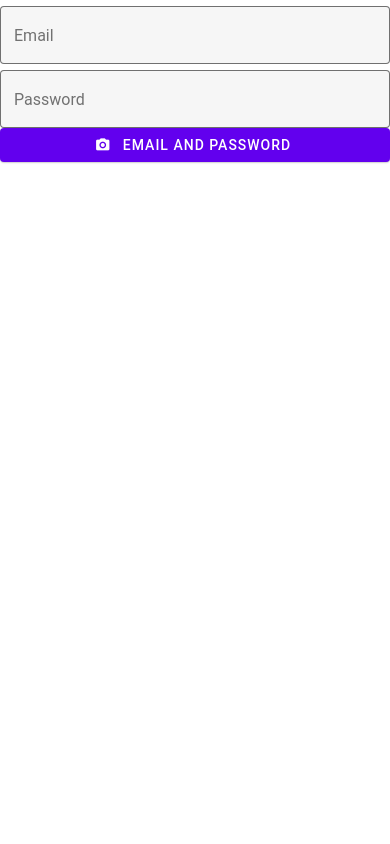
Repository: pascalgrim/GymTracker
Screen: /
The author's editor kept a copy of each file at every save. The screen is drawn from the files as they stood at one save, then again after the next save.
The app was drawn by React Native's web renderer in a window 390 px wide. The project was rebuilt for these pictures with package versions that can differ from the ones it lists, and the page was loaded fresh each time. Also part of the build but not shown: components/menuCard.js, components/Dashboard.js, firebase.js, context/AuthContext.js.

Above is the screen before, as saved 2021-11-04 22:12:47.

### App.js
import { StatusBar } from "expo-status-bar";
import React from "react";
import {
  Button,
  StyleSheet,
  Text,
  View,
  TouchableOpacity,
  Image,
  SafeAreaView,
} from "react-native";
import MenuCard from "./components/menuCard";

// LOGOS
import mainLogo from "./imgs/mainLogo.png";
import SettingsIcon from "./imgs/mainSettings.png";

// ICONS FOR CARDS
import IconSessions from "./imgs/schreibe-brief.png";
import Dashboard from "./components/Dashboard";
import Signup from "./components/Signup";

export default function App() {
  return (
    <View >
      {/* <Dashboard/> */}
      <Signup/>

      <StatusBar style="auto" />
    </View>
  );
}

const styles = StyleSheet.create({
  container: {
    flex: 1,
    backgroundColor: "#131321",
    paddingLeft: 20,
    paddingRight: 20,
    paddingTop: 30,
    paddingBottom: 20,
  },
});

### components/Signup.js
import React from 'react'
import {Card, Button,TextInput,Appbar} from 'react-native-paper';
import { View } from 'react-native';
import { useRef ,useState} from 'react'
import { Link,Route,BrowserRouter as Router,Routes } from 'react-router-dom';
// import Button from '@mui/material/Button';
import {useAuth} from "../context/AuthContext"

export default function Signup() {
    const emailRef = useRef()
    const passwordRef = useRef()
    const passwordConfirmRef = useRef()
    const signup = useAuth()
    const [error,setError] = useState("")
    const [loading,setLoading] = useState(false)

    async function handleSubmit(e){
        e.preventDefault()
        console.log((passwordRef.current.value).length)

        if (passwordRef.current.value !== passwordConfirmRef.current.value){
            return setError("Passwords do not match.")
        }
        else if ((passwordRef.current.value).length < 6){
            return setError("Passwords must have at least 6 characters.")
        }
        try{
            setError("")
            setLoading(true)
            await signup(emailRef.current.value,passwordRef.current.value)
            history.push("/")
        }catch{
            setError("Failed to create an Account.")
        }
        setLoading(false)


    }
    return (
        <View>
  <TextInput
      label="Email"
      mode="outlined"
    />
    <TextInput
      label="Password"
      mode="outlined"
    />
    <Button dark={true} icon="camera" mode="contained" onPress={() => console.log('Pressed')}>
    Email And Password
    </Button>

        </View>

    )
}

After the next save:
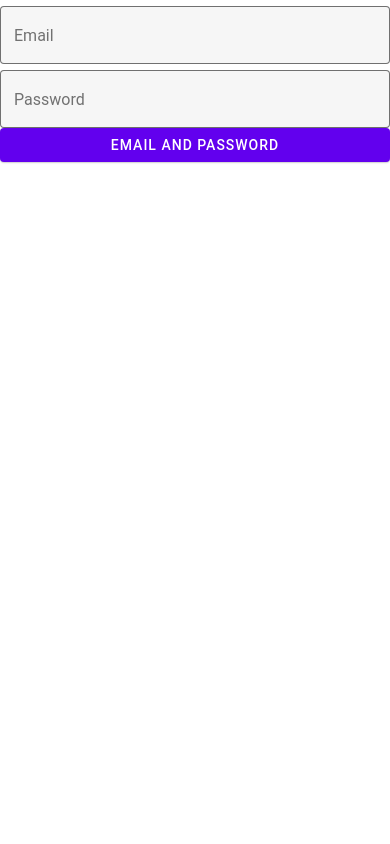
Saved 64 s later.
--- a/components/Signup.js
+++ b/components/Signup.js
@@ -46,7 +46,7 @@ export default function Signup() {
       label="Password"
       mode="outlined"
     />
-    <Button dark={true} icon="camera" mode="contained" onPress={() => console.log('Pressed')}>
+    <Button dark={true} mode="contained" onPress={() => console.log('Pressed')}>
     Email And Password
     </Button>
 
